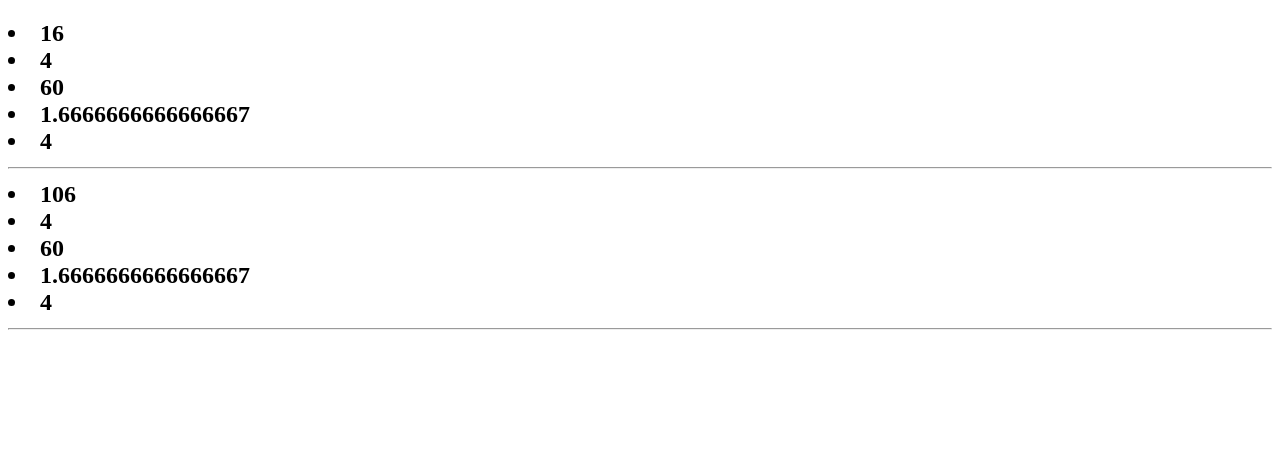
Repository: shinsil0601/webstudy
Page: 03_JavaScript/src/main/webapp/day03/ex01_Number.html
An editor plug-in stored every save of this project. The page is shown before and after the next save, followed by the edit.
The browser window is 1280 px wide. The pictures show the whole page.

Above is the page before, as saved 2023-06-29 01:14:57.

### 03_JavaScript/src/main/webapp/day03/ex01_Number.html
<!DOCTYPE html>
<html>
<head>
<meta charset="UTF-8">
<title>Insert title here</title>
<script type="text/javascript">
	var s1 = 10;
	var s2 = 6;
	document.write("<h2>");
	document.write("<li>"+(s1+s2)+"</li>");
	document.write("<li>"+(s1-s2)+"</li>");
	document.write("<li>"+(s1*s2)+"</li>");
	document.write("<li>"+(s1/s2)+"</li>");
	document.write("<li>"+(s1%s2)+"</li>");
	document.write("<hr>");

	s1 = "10";
	s2 = "6";
	document.write("<li>"+(s1+s2)+"</li>"); // 계산X, 문자 연결자
	document.write("<li>"+(s1-s2)+"</li>"); // 계산가능
	document.write("<li>"+(s1*s2)+"</li>"); // 계산가능
	document.write("<li>"+(s1/s2)+"</li>"); // 계산가능
	document.write("<li>"+(s1%s2)+"</li>"); // 계산가능
	document.write("<hr>");
	document.write("</h2>");




</script>
</head>
<body>

</body>
</html>

After the next save:
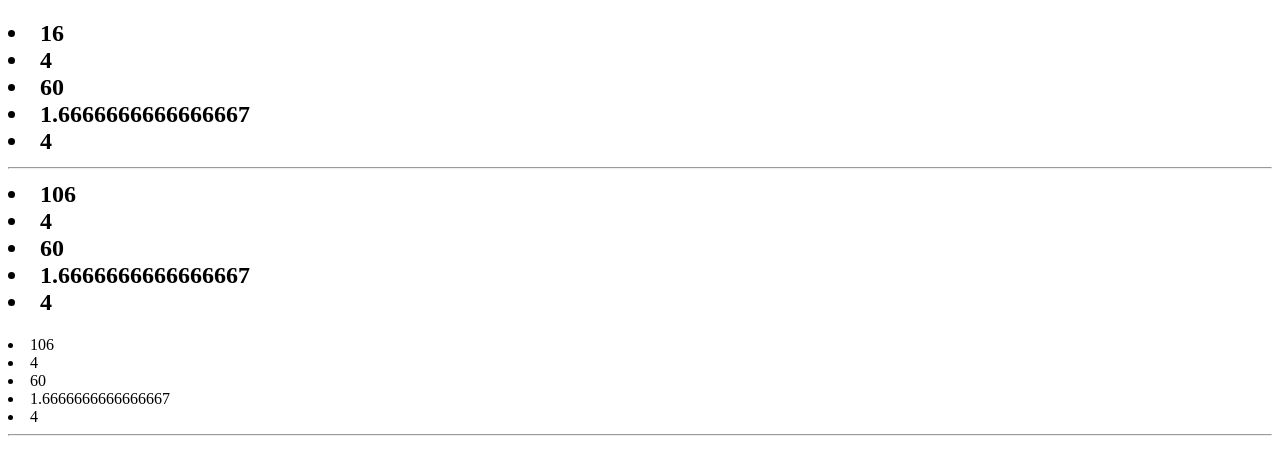
Saved 34 s later.
--- a/03_JavaScript/src/main/webapp/day03/ex01_Number.html
+++ b/03_JavaScript/src/main/webapp/day03/ex01_Number.html
@@ -14,8 +14,17 @@
 	document.write("<li>"+(s1%s2)+"</li>");
 	document.write("<hr>");
 
+	s1 = 10;
+	s2 = "6";
+	document.write("<li>"+(s1+s2)+"</li>"); // 계산X, 문자 연결자
+	document.write("<li>"+(s1-s2)+"</li>"); // 계산가능
+	document.write("<li>"+(s1*s2)+"</li>"); // 계산가능
+	document.write("<li>"+(s1/s2)+"</li>"); // 계산가능
+	document.write("<li>"+(s1%s2)+"</li>"); // 계산가능
+	document.write("</h2>");
+
 	s1 = "10";
-	s2 = "6";
+	s2 = 6;
 	document.write("<li>"+(s1+s2)+"</li>"); // 계산X, 문자 연결자
 	document.write("<li>"+(s1-s2)+"</li>"); // 계산가능
 	document.write("<li>"+(s1*s2)+"</li>"); // 계산가능
@@ -25,8 +34,6 @@
 	document.write("</h2>");
 
 
-
-
 </script>
 </head>
 <body>
